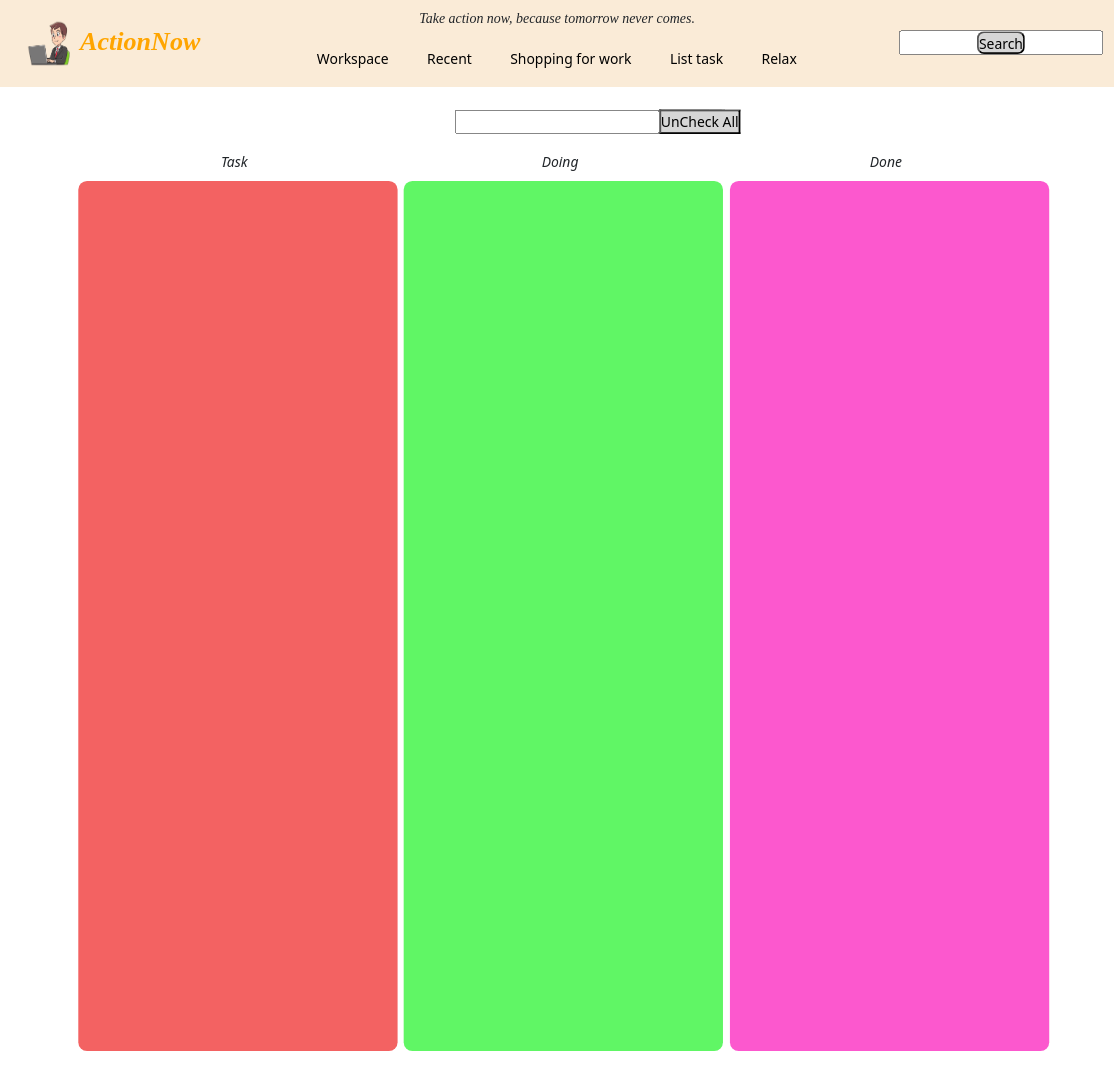
Repository: huavantinh/todo
Page: index.html
The author's editor kept a copy of each file at every save. The page is drawn from the files as they stood at one save, then again after the next save.
The browser window is 1280 px wide. The pictures show the whole page, at 87% of full size.

Above is the page before, as saved 2023-04-07 11:31:13.

### index.html
<!DOCTYPE html>
<html lang="en">

<head>
  <meta charset="UTF-8" />
  <meta http-equiv="X-UA-Compatible" content="IE=edge" />
  <meta name="viewport" content="width=device-width, initial-scale=1.0" />
  <title>Document</title>
  <link rel="stylesheet" href="./css/style.css" />
  <link rel="stylesheet" href="https://cdn.jsdelivr.net/npm/bootstrap@5.2.3/dist/css/bootstrap.min.css"
    integrity="sha384-rbsA2VBKQhggwzxH7pPCaAqO46MgnOM80zW1RWuH61DGLwZJEdK2Kadq2F9CUG65" crossorigin="anonymous" />
</head>

<body>
  <nav class="nav-bar navbar navbar-default">
    <div class="container-fluid">
      <div class="brand">
        <!-- line1top -->
        <img src="./css/img/logo-brand.png" alt="Brand" />
        <i id="i1">ActionNow</i>
        <i id="i2">Take action now, because tomorrow never comes.</i>
        <!-- search  -->
        <div class="search-box">
          <input type="text" />
          <button>Search</button>
        </div>
      </div>
      <!-- menu  -->
      <div class="nav-menu">
        <div class="list-menu">
          <a href="">Workspace</a>
          <a href="">Recent</a>
          <a href="">Shopping for work</a>
          <a href="">List task</a>
          <a href="">Relax</a>
        </div>
      </div>
    </div>
  </nav>
  <div>

    <div class="container">
      <div class="add">
        <div class="box-add">
          <div class="d-inline-block position-relative">
            <input id="input-sub" type="text" />
            <span style="
                  color: #656966;
                  font-size: 10px;
                  position: absolute;
                  bottom: 0;
                  right: 0;
                " class="message" id="new-task-message">Please enter new task!</span>
          </div>

          <button id="button-submit" onclick="submit()">Submit</button>
          <button id="delete" onclick="deleteAll()">Delete All</button>
          <button id="checkall" onclick="checkAll(this)">Check All</button>
          <button id="uncheckall" onclick="unCheckAll(this)">
            UnCheck All
          </button>
        </div>
      </div>
      <div class="table">
        <div class="tasklist col-list">
          <i id="i1">Task</i>
          <div id="products" class="col-item col-1"></div>
        </div>

        <div class="doinglist col-list">
          <i id="i2">Doing</i>
          <div id="idoing" class="col-item col-2"></div>
        </div>

        <div class="donelist col-list">
          <i id="i3">Done</i>
          <div id="idone" class="col-item col-3"></div>
        </div>

      </div>
    </div>
  </div>
  </div>

  <script src="https://code.jquery.com/jquery-3.6.4.min.js"
    integrity="sha256-oP6HI9z1XaZNBrJURtCoUT5SUnxFr8s3BzRl+cbzUq8=" crossorigin="anonymous"></script>
  <script type="text/javascript" src="https://cdn.jsdelivr.net/npm/bootstrap@5.2.3/dist/js/bootstrap.min.js"></script>
  <script src="./app.js"></script>
</body>

</html>

### css/style.css
/* resetcss */
*{
    padding: 0;
    margin: 0;
}

/* Nav */
.container-fluid{
    position: fixed;
    top: 0;
    left: 0;
    right: 0;
    z-index: 99999;
    background-color: antiquewhite;
}


.brand{
    position: relative;
    display: flex;
    width: 100%;
    height: 50px;
}
.nav-menu{
    display: flex;
    justify-content: center;
    width: 100%;
    height: 50px;
    border-radius: 10px;
}
.nav-menu .list-menu{
    position: absolute;
    justify-content: center;
    align-items: center;
    margin-top: 5px;
}
.nav-menu .list-menu a{
    color: black;
    text-decoration: none;
    font-family: inherit;
    font-weight: 450;
    margin: 0 20px;
}
.brand .search-box{
    justify-content: center;
    align-items: center;
    position: absolute;
    right: 0;
    top: 70%;
    display: flex;
    border: none;
    cursor: pointer;
}

.search-box button {
    border-radius: 8px;
}

.search-box button:hover {
    background-color:orange;;
    border-radius: 8px;
}
.brand img {
    position: relative;
    left: 20px;
    position: relative;
    top: 50%;
    width: 50px;
    height: 50px;
    border-color: orange;
}
.brand #i1{
    position: relative;
    left: 20px;
    top: 30%;
    margin: 10px;
    float: left;
    width: 390px;
    max-width: 400px;
    font-size: 30px;
    color: orange;
    font-family: cursive;
    font-weight: 700;
}

.brand #i2{
    justify-content: center;
    align-items: center;
    margin: 10px;
    width: 390px;
    max-width: 400px;
    font-family: cursive;
    font-weight: 500;
}

body{
    position: relative;
    padding-top: 90px;
}


/* content  */
.add  {
    display: flex;
    margin-top: 20px;
}
.box-add{
    margin: auto ;
}

.message
{
    display: none;
}
.error-message {
    display: inline;;
}

.table {
    display: flex;
    width: 100%;
    position: relative;
}

.table .col-list {
    width: 100% / 3;
    margin-top: 20px;
}

.table .col-item {
    display: flex;
    float: left;
    width: calc(1116px / 3 - 5px );
    height: 1000px;
    justify-content: center;
    background-color: rgb(231, 227, 108);
    border-radius: 10px;
    margin-left: 7.5px;
}

.table .col-2 {
    background-color: rgb(96, 246, 101);
}

.table .col-3 {
    background-color: rgb(252, 88, 206);
}


.table .col-list i {
    display: block;
    text-align: center;
    margin-bottom: 10px;
}

.tasklist #products {
    float: left;
    border-radius: 10px;
    width: calc(1116px / 3 - 5px );
    justify-content: center;
    background-color: rgb(243, 98, 98);
    display: inline;
}

 .product1 {
    position: relative;
    margin-left: 10px;
    border-bottom: 1px solid #636363 ;
    height: 30px;
    align-items: center;
    display: flex;
}
.taskname{
    position: absolute;
    text-overflow: clip;
    display: block;
    width: 70%;
    top: 2px;
}

.checkbox {
    position: absolute;
    margin-right: 10px;
    color: aquamarine;
    right: 70px;
    top: 8px;
}

 button {
    border-radius: 10px;
    background-color: #d6d6d6;
    max-height: 90%;
    position: absolute;
    margin-left: 280px;
}

### app.js
let todos =
  localStorage && localStorage.getItem("todolist")
    ? JSON.parse(localStorage.getItem("todolist"))
    : [];

function submit() {
  let textBox = document.getElementById("input-sub");
  let content = textBox.value;
  let randId = Math.random(); // 0.1235
  document.getElementById("new-task-message").classList.add("error-message");
  if (content == "") {
    onkeydown = function () {
      document
        .getElementById("new-task-message")
        .classList.remove("error-message");
    };
    return;
  } else {
    addContent(content, randId);

    textBox.value = "";

    //f5 =>
    todos.push(content);
    setstorages()
  }
}

function setstorages() {
  localStorage && localStorage.setItem("todolist", JSON.stringify(todos));
}

function addContent(content, randId) {
  document.getElementById("new-task-message").classList.remove("error-message");

  $("#products").append(
    '<div style="color: black" class="product1" id="row' + randId + '">' +
      '<div class="taskname">' + content + '</div>' +
      '<div class="checkbox-item"><input id="' +
      '"  class="checkbox" type="checkbox"  onclick="checkItem(event)"/></div> <button class"delete-item" onclick="deleteItem(event)">Delete</button>' +
      "</div>"
  );
}

function deleteAll() {
  var products = document.getElementById("products");
  products.innerHTML = "";
}

function checkAll() {
  var checkboxes = document.getElementsByClassName("checkbox");
  for (var checkbox of checkboxes) {
    checkbox.checked = true;
    checkbox.closest("div").parentNode.style.color = "red";
  }
}

function unCheckAll() {
  var checkboxes = document.getElementsByClassName("checkbox");
  for (var checkbox of checkboxes) {
    checkbox.checked = false;
    checkbox.closest("div").parentNode.style.color = "orange";
  }
}
var textBox2 = document.getElementById("input-sub");
textBox2.addEventListener("keyup", function (event) {
  if (event.keyCode === 13) {
    submit();
  }
});

function deleteItem(event) {
  var products = document.getElementById("products");
  var arraypro= document.getElementsByClassName("product1");
  var div = event.currentTarget.parentNode;
  // var div2 = event.currentTarget.parentNode.parentNode;

  console.log(div)
  // console.log(div2)

  let index1 = Array.prototype.indexOf.call(arraypro, div );
  let index2 = Array.prototype.indexOf.call(todos, index1);
  todos.splice(index2,1);
  products.removeChild(div);
  setstorages()
}


function checkItem(event) {
  var currenti = event.currentTarget;
  var color = currenti.checked ? "red" : "orange";
  // debugger
  currenti.closest("div").parentNode.style.color = color;
  let div = event.currentTarget.parentNode;
  let div2 = event.currentTarget.parentNode.parentNode;
  console.log(div2);
  console.log('div' + div);

  //move colum
  let produclist= document.getElementsByClassName("product1");
  // var  produclistj = JSON.parse(produclist);
  let produclistj = Array.from(produclist)
  console.log(produclistj);

  let index1 = Array.prototype.indexOf.call(produclistj, div2 );
  console.log(index1);
  produclistj.splice(index1,1);
  console.log(produclistj);

  //create array and insert to done list
  let doinglist = [];
  doinglist.push(div2);
  console.log(doinglist);
  // forEach(doinglist, function (item) {

  // })

  let textitem = div2.firstChild.textContent;
  console.log(textitem);
  let randId2 = Math.random()
  $("#idone").append('<div style="color: black" class="product1" id="row' + randId2 + '">' +
  '<div class="taskname">' + textitem + '</div>' +
  '<div class="checkbox-item"><input id="' +
  '"  class="checkbox" type="checkbox"  onclick="checkItem(event)"/></div> <button class"delete-item" onclick="deleteItem(event)">Delete</button>' +
  "</div>")
  // change background color when clicked checkbox
  // var bgcolor = currenti.checked ? "blue" : "";
  // currenti.closest("div").parentNode.style.backgroundColor = bgcolor;
}

document.addEventListener("DOMContentLoaded", function () {
  if (Array.isArray && todos.length > 0) {
    todos.forEach(function printlocal(content, index) {
      addContent(content, index);
    });
  }
});

After the next save:
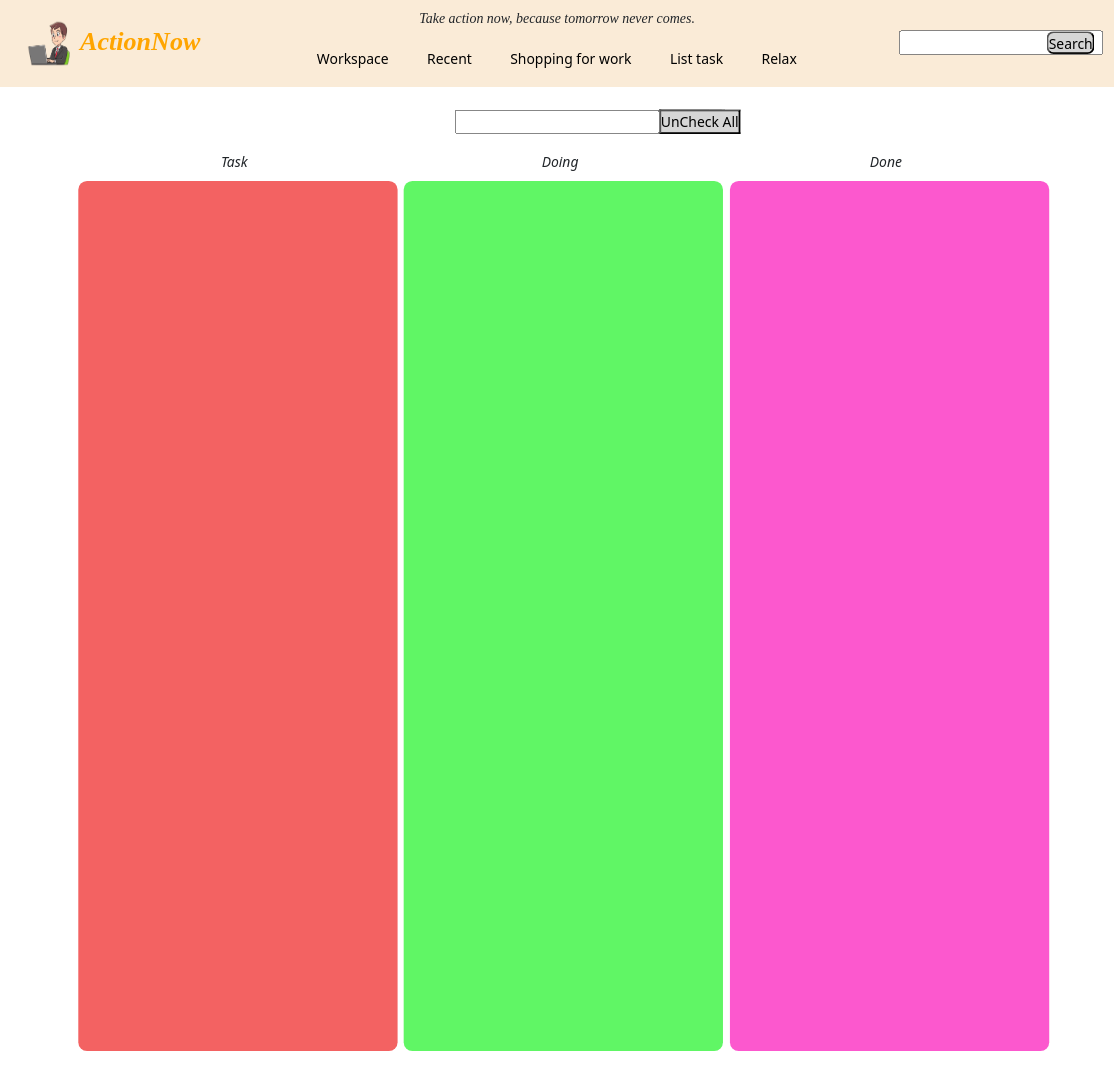
Saved 22 h 47 min later.
--- a/css/style.css
+++ b/css/style.css
@@ -54,6 +54,7 @@
 
 .search-box button {
     border-radius: 8px;
+    right: 10px;
 }
 
 .search-box button:hover {

After the 3 saves that followed:
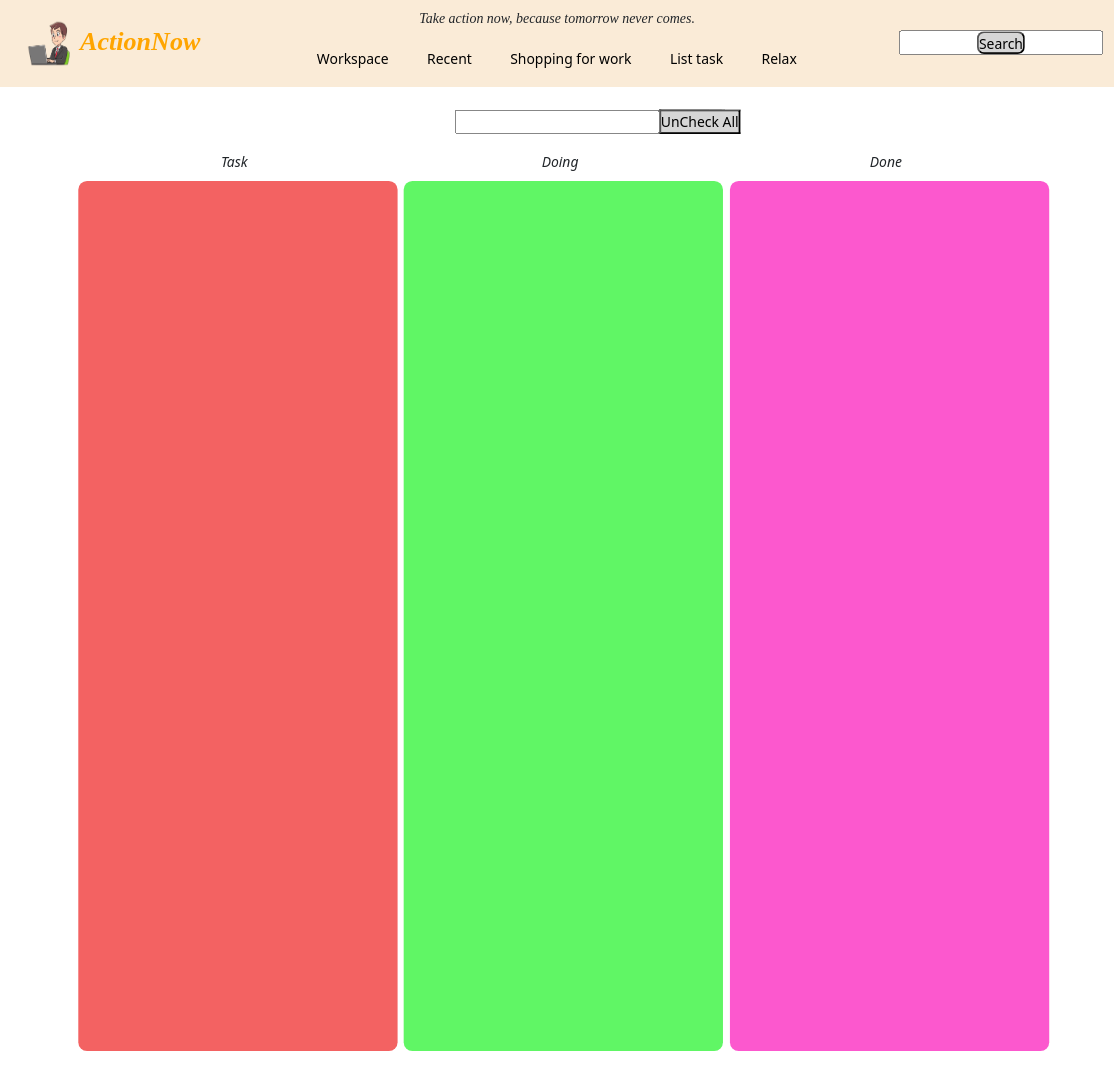
The 3 saves are shown as one change because 2 left the picture as it was.
The last was saved 2 min 0 s later.
--- a/css/style.css
+++ b/css/style.css
@@ -51,10 +51,12 @@
     border: none;
     cursor: pointer;
 }
-
+.search-box input {
+    /* right: 100px; */
+}
 .search-box button {
     border-radius: 8px;
-    right: 10px;
+    /* right: 10px; */
 }
 
 .search-box button:hover {
